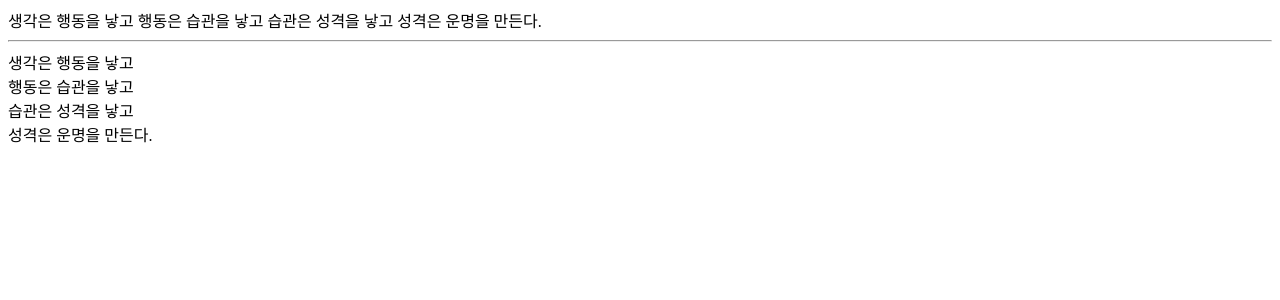
Repository: AkaKSR/Java_Convergence_New
Page: HTML0826/WebContent/Ex02.html
The author's editor kept a copy of each file at every save. The page is drawn from the files as they stood at one save, then again after the next save.
The browser window is 1280 px wide. The pictures show the whole page.

Above is the page before, as saved 2019-08-26 06:30:24.

### HTML0826/WebContent/Ex02.html
<!DOCTYPE html>
<html>
<head>
<meta charset="UTF-8">
<title>태그 연습</title>
</head>
<body>
	생각은 행동을 낳고
		   행동은 습관을 낳고
				  습관은 성격을 낳고
						 성격은 운명을 만든다.
<hr />
	생각은 행동을 낳고<br />
		   행동은 습관을 낳고<br />
				  습관은 성격을 낳고<br />
						 성격은 운명을 만든다.

</body>
</html>

After the next save:
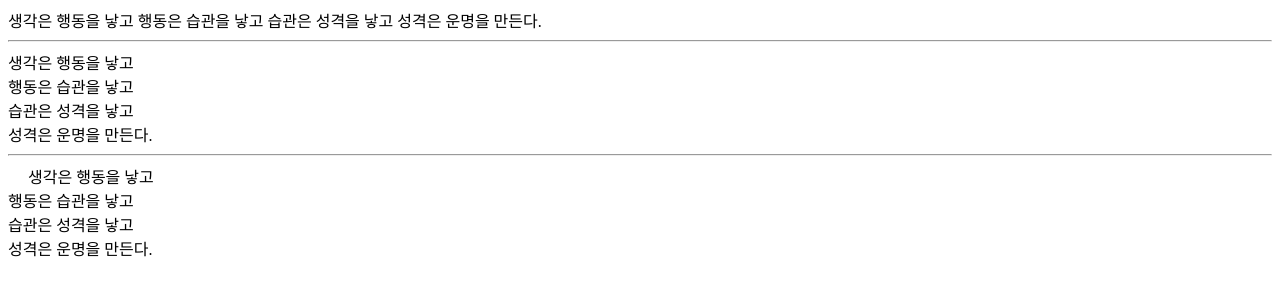
Saved 92 s later.
--- a/HTML0826/WebContent/Ex02.html
+++ b/HTML0826/WebContent/Ex02.html
@@ -14,6 +14,12 @@
 		   행동은 습관을 낳고<br />
 				  습관은 성격을 낳고<br />
 						 성격은 운명을 만든다.
+<hr />
+&nbsp;&nbsp;&nbsp;&nbsp;
+	생각은 행동을 낳고<br />
+		   행동은 습관을 낳고<br />
+				  습관은 성격을 낳고<br />
+						 성격은 운명을 만든다.
 
 </body>
 </html>
